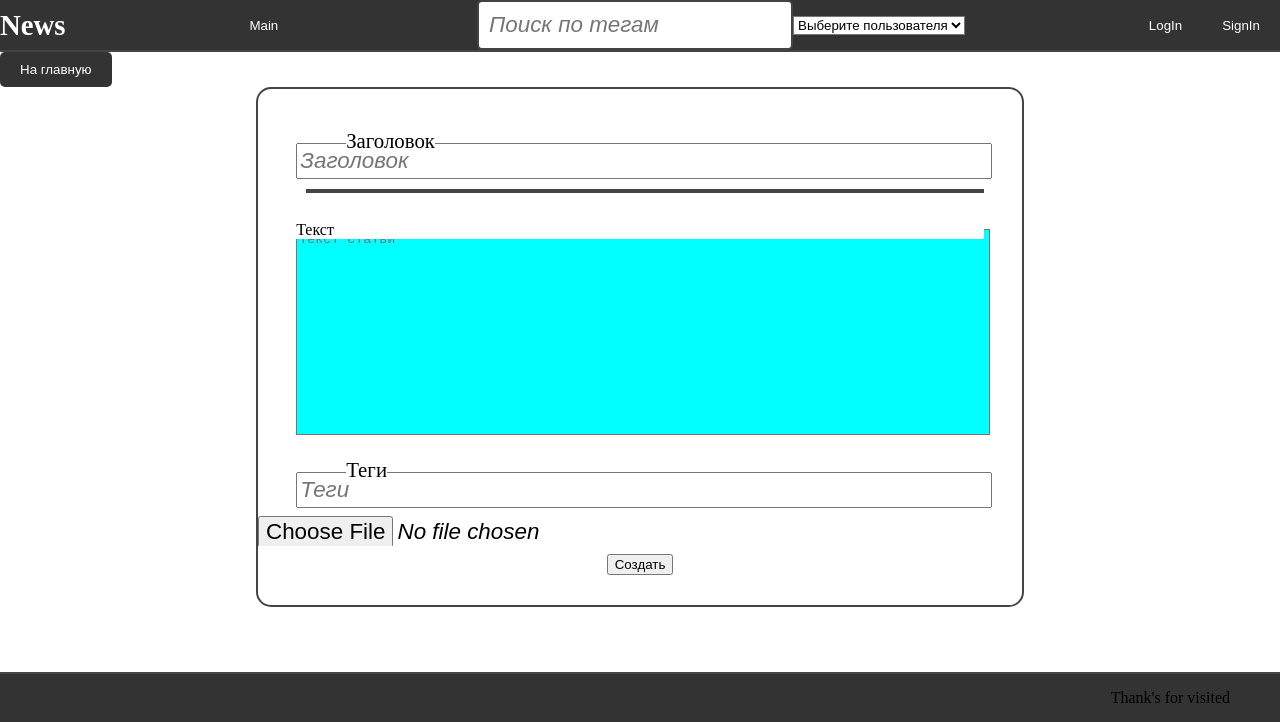
Repository: Igor-Blazhko/news_frontend
Page: /CreatePost
These files come from the project's save history. The page is drawn as it stood at one moment and after the next save; the edit follows.
The browser window is 1280 px wide. The pictures show the whole page.
The project was rebuilt for these pictures with package versions that can differ from the ones it lists, and the page was loaded fresh each time. Also part of the build but not shown: vite.config.ts, src/components/allPost/onePost/onePost.module.css, src/components/allPost/onePost/onePost.tsx, src/components/allPost/allPost.tsx, src/components/auth/logIn/login.module.css, src/components/auth/logIn/login.tsx, src/components/auth/register/register.tsx, src/components/pageOnePost/comments/comment.tsx and 2 more.

Above is the page before, as saved 2024-07-15 16:33:34.

### src/App.tsx
import Header from './components/header/header'
import AllPost from './components/allPost/allPost'
import Footer from './components/footer/footer'
import LogIn from './components/auth/logIn/login'
import { Page } from './types'
import SignIn from './components/auth/register/register'
import { BrowserRouter, Route, Routes } from 'react-router-dom'
import OnePost from './components/pageOnePost/OnePost'
import { Provider } from 'react-redux'
import { store } from './store'
import { QueryClient, QueryClientProvider } from '@tanstack/react-query'
import CreatePost  from './components/createPost/createPost'



const queryClient = new QueryClient();

function App() {

  return (
    <Provider store={store}>
      <QueryClientProvider client={queryClient}>
        <BrowserRouter>
        <Header></Header>
          <Routes>
            <Route path="*" element ={ <AllPost/> }/>
            <Route path={Page.LogIn} element ={ <LogIn/> }/>
            <Route path={Page.SignIn} element ={ <SignIn/> }/>
            <Route path={Page.CreatePost} element ={ <CreatePost/> }/>
            <Route path={Page.OnePost+'/:id'} element ={ <OnePost/> }/>
          </Routes>
        <Footer></Footer>
        </BrowserRouter>
      </QueryClientProvider>
    </Provider>
  )
}

export default App

### src/index.css
body{
  margin: 0;
  padding: 0;
  width: 100vw;
  min-height: 100vh;
  overflow-x: hidden;
}

main{
  min-height: calc(100vh - 100px);
}

### src/components/header/header.tsx

import { Link } from 'react-router-dom';
import Button from '../simplyComponents/button/button';
import styles from './header.module.css'
import ButtonAuth  from './buttonAuth/buttonAuth';
import Filter from './filter/filter';


export default function Header() {
        return (
        <header className={styles.header}>
            <div className={styles.logo}>
                News
            </div>
            <nav>
                <Link to="">
                    <Button>Main</Button>
                </Link>
            </nav>
            <Filter/>
            <ButtonAuth/>
        </header>
    )
}

### src/components/footer/footer.tsx
import { Link } from 'react-router-dom'
import styles from './footer.module.css'
import { Page } from '../../types'
import Button from '../simplyComponents/button/button'
import { useSelector } from 'react-redux'
import { States } from '../../store'

export default function Footer(){
    const JWT = useSelector( (state:States) => state.JWT)
    return(
        <footer className={styles.footer}>
            {
            JWT &&
            <Link to={'/'+Page.CreatePost}>
                <Button>Создать пост</Button>
            </Link>
            }

            <div className={styles.text}>Thank's for visited</div>
        </footer>
    )
}

### src/types.ts
export const enum Page {
    LogIn = 'LogIn',
    SignIn = 'SignIn',
    AllPost = 'AllPost',
    OnePost = 'OnePost',
    CreatePost = 'CreatePost',
}

export class ObjectToken {
    private readonly access_token:string;
    constructor(access_token:string){
        this.access_token = access_token;
    }
}

export class HTTPExeption{
    private readonly response:string;
    private readonly status:number;
    private readonly message:string;
    private readonly name:string;
    constructor(response:string, status:number, message:string, name:string){
        this.response = response;
        this.status = status;
        this.message = message;
        this.name = name;
    }
}

### src/store.ts
import { createStore } from '@reduxjs/toolkit'
import cooks from './basefunction';

export interface States{
  tagfilter: string[],
  userfilter: number,
  JWT:string|undefined,
  location: string,
}

const defaultState:States = {
  tagfilter: [],
  userfilter: 0,
  JWT: cooks.getJWT(),
  location: '*',
}

type Action = {
  type:string,
  buffer?:string,
  userId?:number,
  JWT?:string,
}
const reducer = (state = defaultState, action:Action) => {
  switch (action.type){
    case 'Filter':
      if (( 'buffer' in action) && (action.buffer !== undefined)) {
        const arr = action.buffer.split(' ');
        state = {...state,
          tagfilter: arr,
        }
      }
      return state;
    case 'setUserFilter':
      if (( 'userId' in action) && (action.userId !== undefined)) {
        state = {...state,
          userfilter: action.userId,
        }
      }
      return state
    case 'SetJWT':
      if ( ('JWT' in action) && (action.JWT !== undefined) ){
        state = {...state,
          JWT: action.JWT,
        }
        cooks.LogIn(action.JWT)
      // document.cookie = `JWT_token=${action.JWT}`
      }
      return state;
    case 'DelJwt':
      state = {
        ...state,
        JWT:'',
      }
      cooks.LogOut()
      return state;
    case 'setLocation':
      state = {
        ...state,
        location: location.pathname,
      }
      return state;
    case 'dropLocation':
      state = {
        ...state,
        location: '*',
      }
      return state;
    default:
      return state;
  }
}

export const store = createStore(reducer)

### src/components/createPost/createPost.tsx
import { Link } from "react-router-dom";
import { Page } from "../../types";
import Button from "../simplyComponents/button/button";
import SERVER from "../../dataServer";
import styles from "./createPost.module.css"

export default function CreatePost(){

    return (
        <main>
            <Link to={'/'}>
                <Button>На главную</Button>
            </Link>
            <div>
                <form action={SERVER.POST.News.create} method="post" className={styles.form}>
                    <div className={styles.article}>
                        <label htmlFor="article" className={styles.article} >Заголовок</label>
                        <input type="text" name="article" maxLength={254} placeholder="Заголовок" className={styles.article}/>
                    </div>
                    <div className={styles.text}>
                        <div className={styles.label}>Текст</div>
                        <textarea name="text" placeholder="Текст статьи" className={styles.text}/>
                    </div>
                    <div className={styles.tags}>
                        <label htmlFor="tags" className={styles.tags}>Теги</label>
                        <input type="text" name="tags" placeholder="Теги"  className={styles.tags}/>
                    </div>
                    <input type="file" />
                    <button type="submit" className={styles.btn}>Создать</button>
                </form>
            </div>
        </main>

    )
}

### src/components/simplyComponents/button/button.tsx
import { MouseEventHandler, ReactNode } from 'react'
import styles from './button.module.css'
type Button = {
    text?:string,
    children?:ReactNode
    onClick?:MouseEventHandler<HTMLButtonElement>
}

export default function Button(props:Button){

    return(
        <button className={styles.button} onClick={props.onClick}>{props.children}</button>
    )
}

### src/components/header/header.module.css
header {
    background-color: #333;
    display: flex;
    justify-content: space-between;
    align-items: center;
    border-bottom: 2px solid #444;
    box-sizing: border-box;
    min-height: 50px;
}

.logo {
    font-size: 1.8em;
    font-weight: bold;
    color: #fff;
}



  .filter {
    display: flex;
    align-items: center;
  }

  .filter input,
  .filterselect {
    padding: 8px 10px;
    margin-left: 15px;
    border: 2px solid #444;
    border-radius: 5px;
    transition: border-color 0.3s ease;
  }

  .filter input:focus,
  .filter select:focus {
    border-color: #888;
  }

  .filter select {
    background-color: #fff;
}

### src/components/header/buttonAuth/buttonAuth.tsx
import { useDispatch, useSelector } from "react-redux"
import { States } from "../../../store"
import cooks from "../../../basefunction";
import Button from "../../simplyComponents/button/button";
import { Link } from "react-router-dom";
import { Page } from "../../../types";

export default function ButtonAuth(){

    const JWT = useSelector( (state:States) => state.JWT);
    const dispatch = useDispatch();

    function LogOut(){
        dispatch({
            type: 'DelJwt',
        })
    }

    return (
        <>
            {
                JWT?
                <div className="auth">
                    <Button onClick={LogOut}>LogOut</Button>
                </div>
                :
                <div className="auth">
                    <Link to={Page.LogIn}>
                        <Button>LogIn</Button>
                    </Link>
                    <Link to={Page.SignIn}>
                        <Button>SignIn</Button>
                    </Link>
                </div>
                }
        </>
    )
}

### src/components/header/filter/filter.tsx

import { useEffect, useState } from 'react'
import { User } from '../../pageOnePost/types/types'
import styles from '../header.module.css'
import { useDispatch } from 'react-redux'

export default function Filter(){
    const [users, setUsers] = useState([ {
        id: 1,
        name: 'igor',
        sername: 'Blazhko',
        login: 'user1',
    }])
    const [change, setChange] = useState(false)
    const dispatch = useDispatch()

    useEffect(() => {
        const users = [
            {
                id: 1,
                name: 'igor',
                sername: 'Blazhko',
                login: 'user1',
            },
            {
                id: 2,
                name: 'igor',
                sername: 'Tokin',
                login: 'user2',
            },
            {
                id: 3,
                name: 'igor',
                sername: 'Lankin',
                login: 'user3',
            },
        ];
        setUsers(users);
        // setLog(JWT)
    },[])

    function changeFilter(event:React.ChangeEvent<HTMLInputElement>){
        dispatch({
            type:'Filter',
            buffer: event.target.value,
        })
    }

    function changeUser(event) {
        dispatch({
            type:'setUserFilter',
            userId: +event.target.value,
        })
        if ( +event.target.value ) setChange(true)
        else setChange(false)
    }

    return (
            <div className={styles.filter}>
                <input type="text" placeholder="Поиск по тегам" onChange={changeFilter}/>
                <select onChange={changeUser} defaultValue="option0">
                    <option value="0">
                        { change? 'Cбросить фильтрацию': 'Выберите пользователя'}
                    </option>
                    {
                        users.map((user:User)=> <option key = {user.id} value={user.id}>{user.name} {user.sername}</option>)
                    }
                </select>
            </div>
    )
}

### src/components/allPost/allPost.module.css

main {
    display: flex;
    flex-direction: column;
    row-gap: 25px;
  }

### src/dataServer.ts


const SERVER = {
    base: 'http://192.168.3.37:5000/',
    POST: {
        register: 'http://127.0.0.1:5000/auth/registration',
        login: 'http://127.0.0.1:5000/auth/login',
        comments: {
            createCom: 'http://127.0.0.1:5000/comments',
        },
        News: {
            create: 'http://127.0.0.1:5000/news',
        }
    },
    GET: {
        allNews: 'http://127.0.0.1:5000/news',
        oneNews: 'http://127.0.0.1:5000/news?id=',
        getAllCommentByPostId: 'http://127.0.0.1:5000/comments?id=',
    }
}
export default SERVER;

### src/components/footer/footer.module.css
footer {
    width: 100vw;
    background-color: #333;
    min-height: 50px;
    border-top: 2px solid #444;
    display: flex;
    justify-content: flex-end;
    align-items: center;
    box-sizing: border-box;
}

.text{
    margin-right: 50px;
}

### src/components/pageOnePost/OnePost.module.css
main{
  display: block;
}
.post_content_full {
    display: flex;
    flex-direction: column;
    align-items: center;
    text-align: center;
    animation: slideIn 0.5s ease-in-out;
  }

  .post_image {
    width: 150px;
    height: 150px;
    margin-bottom: 20px;
  }

  .post_title_full {
    font-size: 2em;
    margin-bottom: 20px;
  }

  .post_text_full {
    font-size: 1.2em;
    margin-bottom: 40px;
  }

  .comments {
    background-color: #fff;
    padding: 20px;
    border: 1px solid #ccc;
    border-radius: 10px;
    margin-top: 20px;
  }



  .comments h3 {
    font-size: 1.5em;
    margin-bottom: 10px;
  }

  .comment {
    margin-bottom: 10px;
    padding: 10px;
    border: 1px solid #ccc;
    border-radius: 5px;
    background-color: #fafafa;
  }

  .comment p {
    font-size: 1.2em;
  }

  .comment_form {
    margin-top: 20px;
  }

  .comment_form textarea {
    width: 100%;
    padding: 10px;
    margin-bottom: 10px;
    border: 1px solid #ccc;
    border-radius: 5px;
    resize: vertical;
    transition: border-color 0.3s ease;
  }

  .comment_form textarea:focus {
    border-color: #888;
  }

  .comment_form button {
    padding: 10px;
    border: none;
    border-radius: 5px;
    background-color: #333;
    color: #fff;
    cursor: pointer;
    transition: background-color 0.3s ease, transform 0.3s ease;
  }

  .comment_form button:hover {
    background-color: #444;
    transform: translateY(-3px);
  }

### src/basefunction.ts
import { useDispatch } from "react-redux";

class Cookie {
    getCookie(name:string) {
        let matches = document.cookie.match(new RegExp(
          "(?:^|; )" + name.replace(/([\.$?*|{}\(\)\[\]\\\/\+^])/g, '\\$1') + "=([^;]*)"
        ));
        return matches ? decodeURIComponent(matches[1]) : undefined;
    }

    setCookie(name:string, value:string, options = {}) {

        options = {
          path: '/',
          // при необходимости добавьте другие значения по умолчанию
          ...options
        };

        if (options.expires instanceof Date) {
          options.expires = options.expires.toUTCString();
        }

        let updatedCookie = encodeURIComponent(name) + "=" + encodeURIComponent(value);

        for (let optionKey in options) {
          updatedCookie += "; " + optionKey;
          let optionValue = options[optionKey];
          if (optionValue !== true) {
            updatedCookie += "=" + optionValue;
          }
        }

        document.cookie = updatedCookie;
    }

    deleteCookie(name:string) {
        this.setCookie(name, "", {
          'max-age': -1
        })
    }

    getJWT(){
        return this.getCookie('JWT_token')
    }

    LogIn(token:string){
        this.setCookie('JWT_token', token, {
            'max-age': 3600
          } )
    }

    LogOut(){
        this.setCookie('JWT_token', '', {
            'max-age': 3600
          } )
    }
}
const cooks = new Cookie()
export default cooks

### src/components/createPost/createPost.module.css
.form {
    border: 2px solid #444;
    border-radius: 15px;
    width: 60%;
    height: calc(100vh - 200px);
    margin: 0 auto;
    display: flex;
    flex-direction: column;
    justify-content: space-between;
    align-items: center;
    padding: 30px 0 ;
    box-sizing: border-box;
}

form>div{
    width: 90%;
}

label {
    position: relative;
    top: 10px;
    left: 50px;
    z-index: 2;
    background-color: white;
    font-size: 1.3em;
    transition: all 0.3s ease-in-out;
}
div:has(input:focus) label{
    transition: all 0.2s  ease-in;
    top: 0;
}
.label{
    background-color: white;
    position: relative;
    width: auto;
    top: 10px;
}
textarea{
	resize: none;
    width: 100%;
    height: 200px;
    background-color: aqua;
}

input{
    width: 100%;
    height: 30px;
    font-size: 1.4em;
    font-style: italic;
    display: block;
}

div.article::after{
    display: block;
    width: 98%;
    background-color: #444;
    border: 2px solid #444;
    content: "";
    margin: 10px;
}

### src/components/simplyComponents/button/button.module.css
.button {
    padding: 10px 20px;
    background-color: #333;
    color: #fff;
    border: none;
    border-radius: 5px;
    cursor: pointer;
    transition: background-color 0.3s ease, transform 0.3s ease;
    text-decoration: none;
}

.button:hover {
    background-color: #444;
    transform: translateY(-3px);
}

Loaded but not shown: index.html (common file); src/main.tsx (common file)

After the next save:
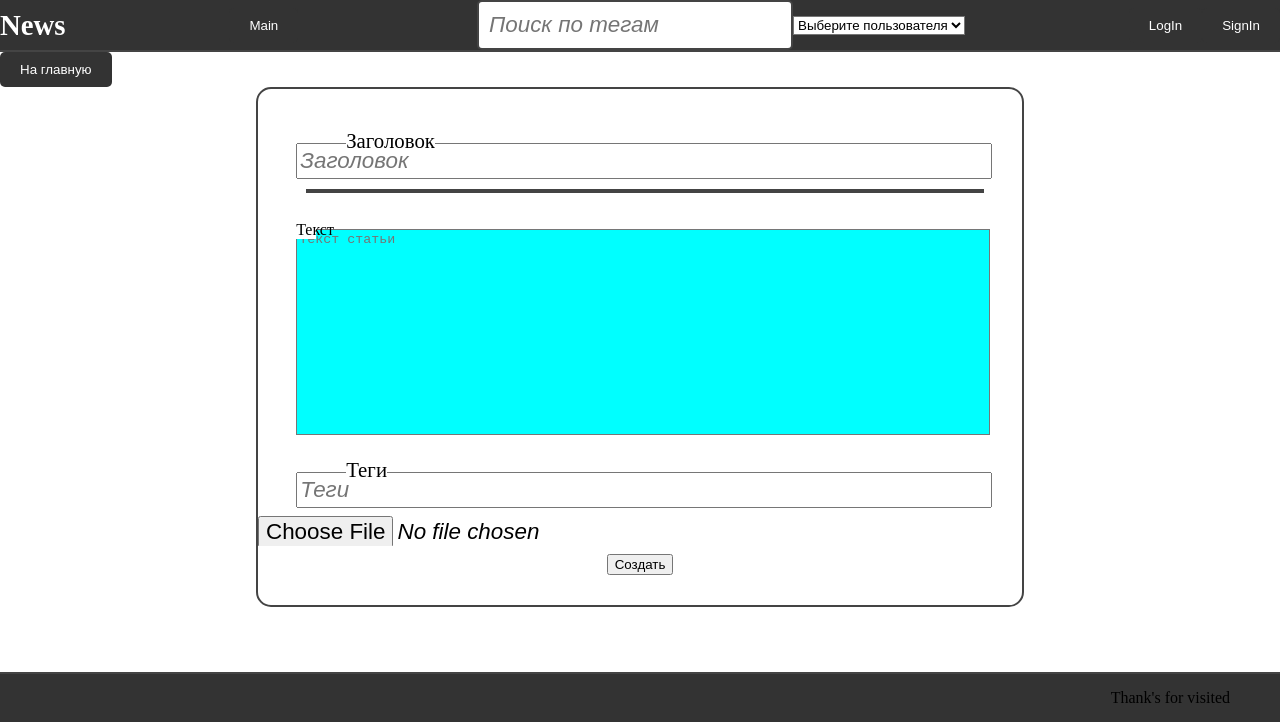
Saved 4 s later.
--- a/src/components/createPost/createPost.module.css
+++ b/src/components/createPost/createPost.module.css
@@ -32,7 +32,7 @@ div:has(input:focus) label{
 .label{
     background-color: white;
     position: relative;
-    width: auto;
+    width: 20px;
     top: 10px;
 }
 textarea{
